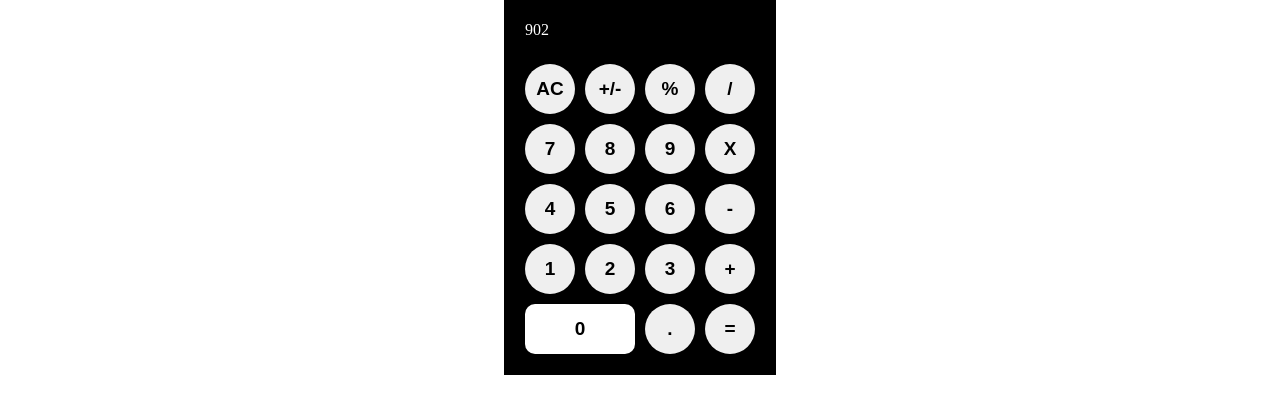
Repository: dmpelaez/calculator
Page: Calculator.html
An editor plug-in stored every save of this project. The page is shown before and after the next save, followed by the edit.
The browser window is 1280 px wide. The pictures show the whole page.

Above is the page before, as saved 2025-12-15 20:09:13.

After the next save:
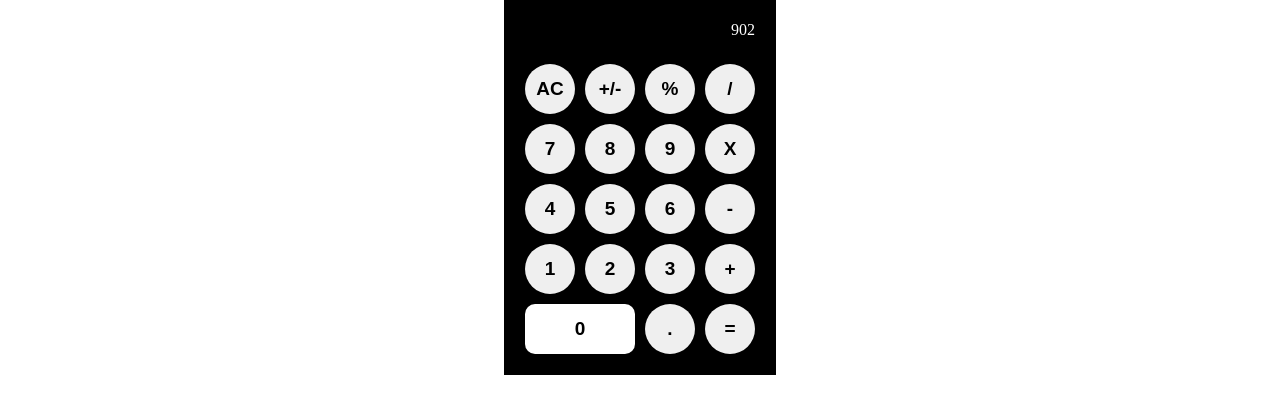
Saved 16 s later.
--- a/Calculator.css
+++ b/Calculator.css
@@ -21,7 +21,7 @@ background: black;
   padding: 20px;
   padding-bottom: 0px;
   display: flex;
-  align-items: reverse;
+  justify-content: end;
 }
 .btnSection {
   display: grid;
